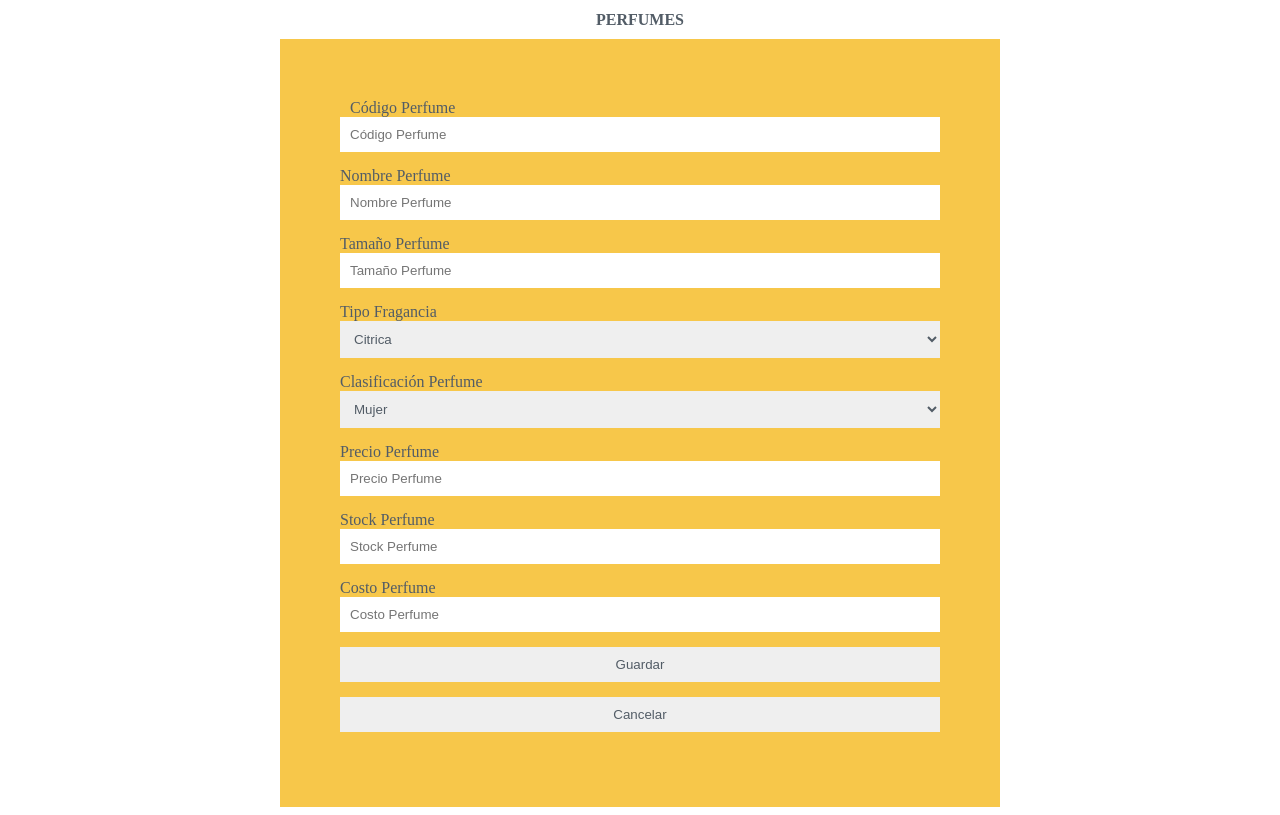
Repository: alejamorenovallejo/arosmile
Page: perfume.html
These files come from the project's save history. The page is drawn as it stood at one moment and after the next save; the edit follows.
The browser window is 1280 px wide. The pictures show the whole page.

Above is the page before, as saved 2021-09-12 02:24:11.
Not found: main.js

After the next save:
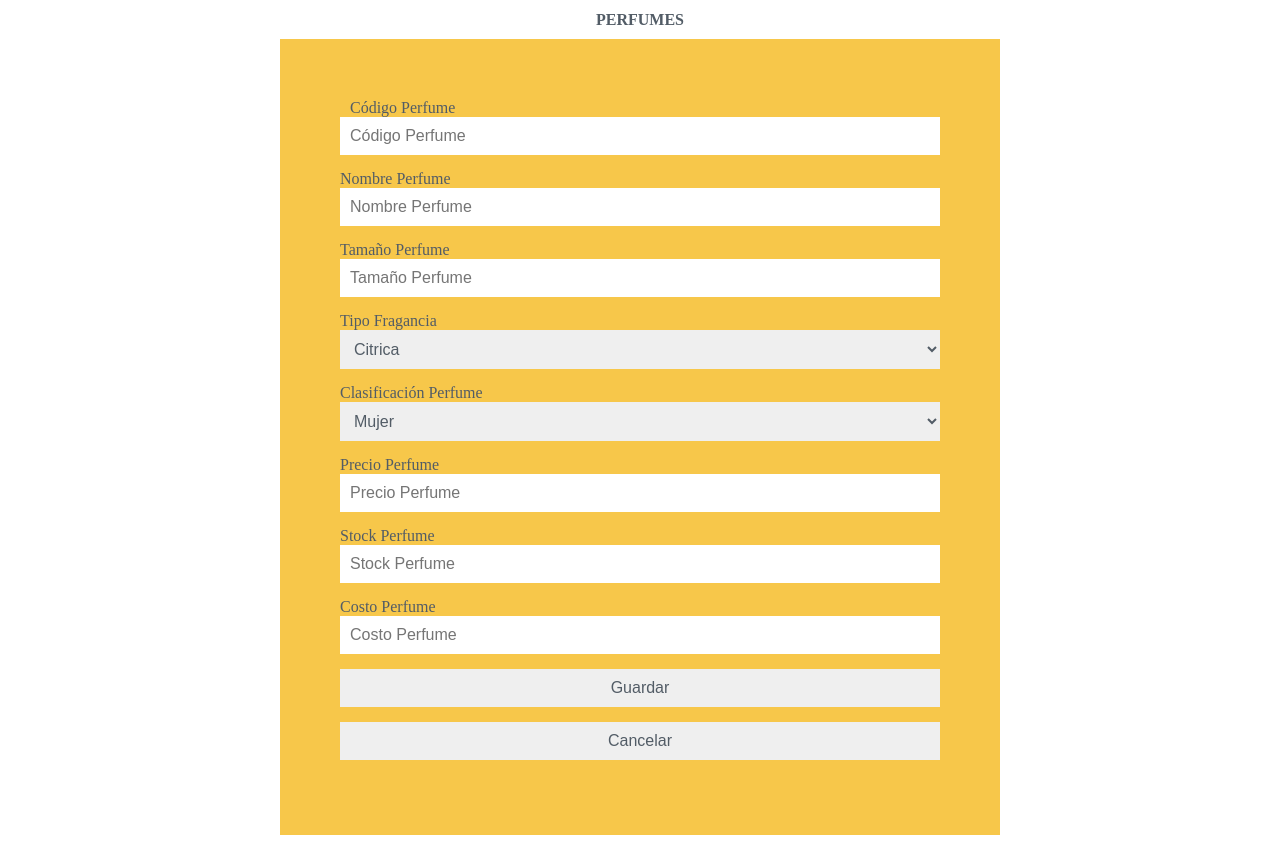
Saved 4 s later.
--- a/css/style.css
+++ b/css/style.css
@@ -11,6 +11,8 @@ form input, form select,form label{
     box-sizing: border-box;
     border: none;
     color: #525c66;
+    font-size: 1em;
+
 }
 
 h1 {
